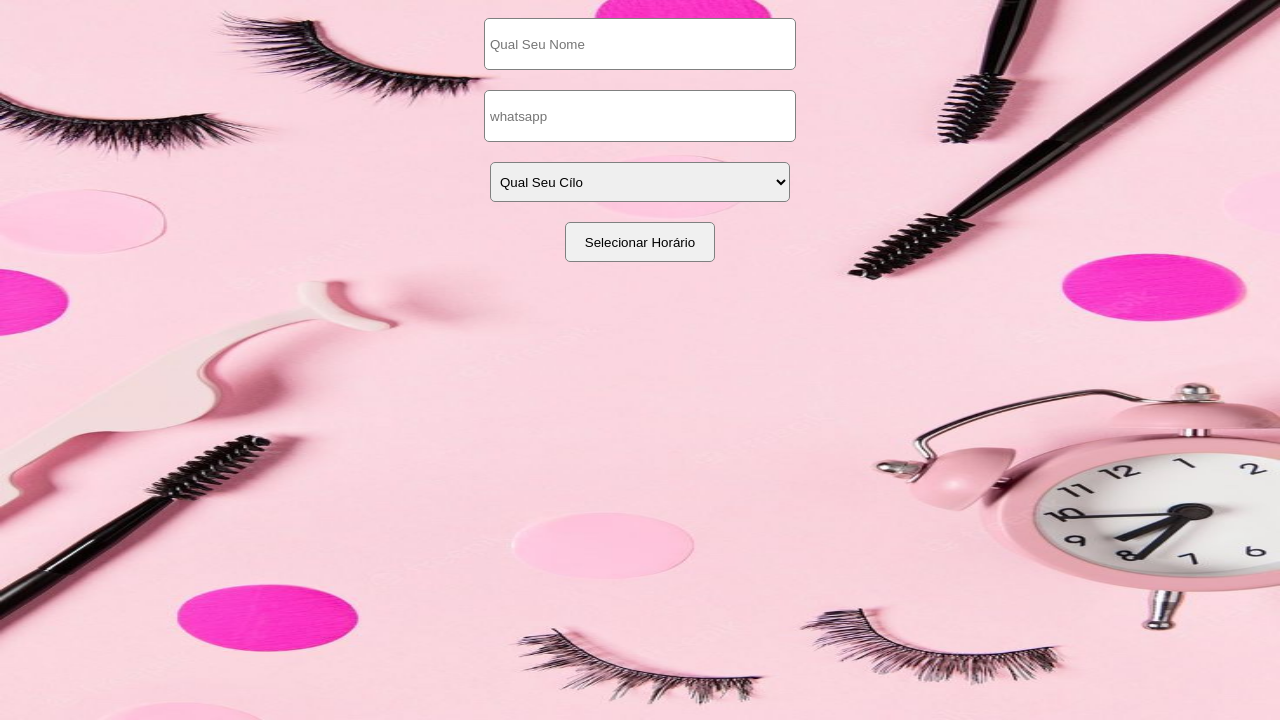
Repository: ketlyn-lash-designer/Ketlyn_Lash_Designer
Page: src/Pages/Home.html
An editor plug-in stored every save of this project. The page is shown before and after the next save, followed by the edit.
The browser window is 1280 px wide. The pictures show the whole page.
The pointer rests on the first visible `button`.

Above is the page before, as saved 2024-03-27 22:13:20.

### src/Pages/Home.html
<!DOCTYPE html>
<html lang="pt-BR">
  <head>
    <meta charset="UTF-8" />
    <meta name="viewport" content="width=device-width, initial-scale=1.0" />
    <link rel="stylesheet" href="../Styles/Home.css" />

    <title>ketlyn_lash_designer.com</title>
  </head>
  <body>
    <div class="form">
      <input placeholder="Qual Seu Nome" type="text" name="nome" />
      <input placeholder="whatsapp" type="text" name="whatsapp" />
      <select name="tipo_cilio">
        <option value="cilios_posticos">Qual Seu Cílo</option>
        <option value="curvex">Curvex</option>
      </select>
      <button>Selecionar Horário</button>
    </div>
  </body>
</html>

### src/Styles/Home.css
body {
  background-image: url("../images/lash_2.jpeg");
  background-size: 100% 100%;
  background-position: center;
  background-attachment: fixed;
  background-repeat: no-repeat;
}

.form {
  display: flex;
  flex-direction: column;
  justify-content: center;
  align-items: center;
}

input,
select {
  width: 300px;
  height: 40px;
  margin: 10px;
  padding: 5px;
  border: 1px solid grey;
  border-radius: 5px;
}

button {
  width: 150px;
  height: 40px;
  margin: 10px;
  padding: 5px;
  background-color: transparent;
  border: 1px solid grey;
  border-radius: 5px;
}

button:hover {
  background-color: #f0f0f0;
}

After the next save:
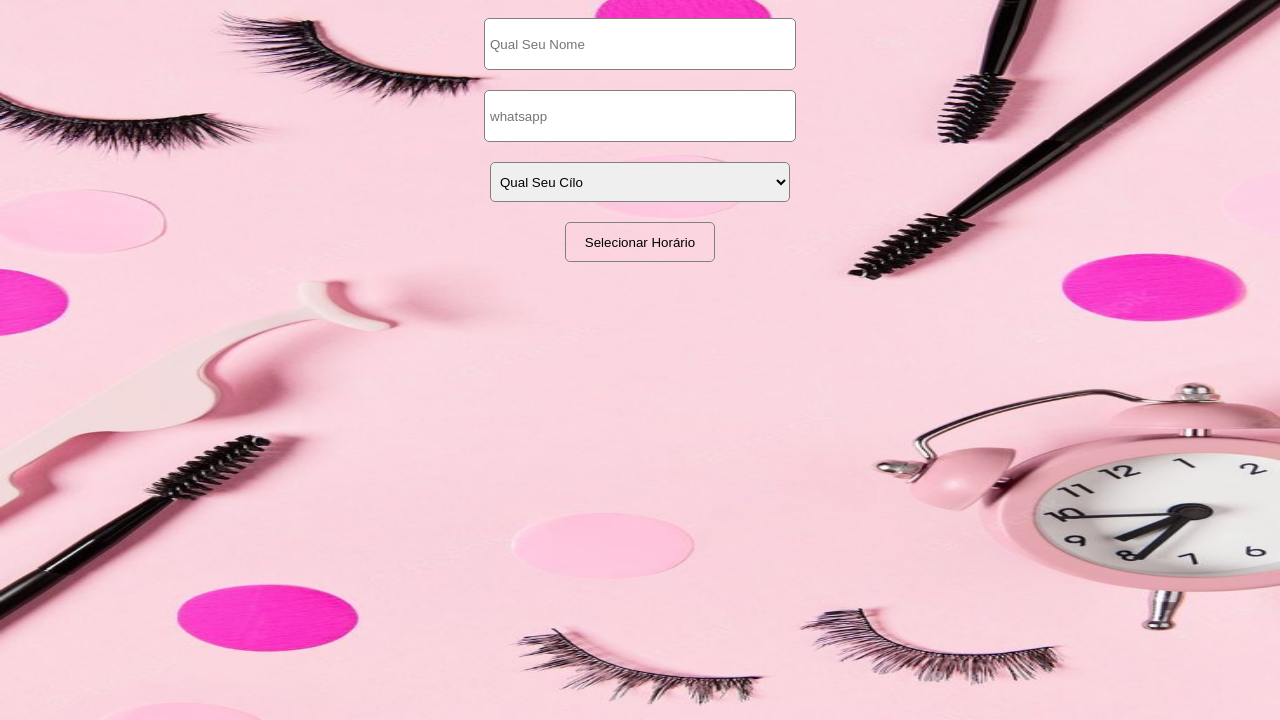
Saved 36 s later.
--- a/src/Styles/Home.css
+++ b/src/Styles/Home.css
@@ -34,5 +34,5 @@
 }
 
 button:hover {
-  background-color: #f0f0f0;
+  background-color: #f0f0f000;
 }

After the 3 saves that followed:
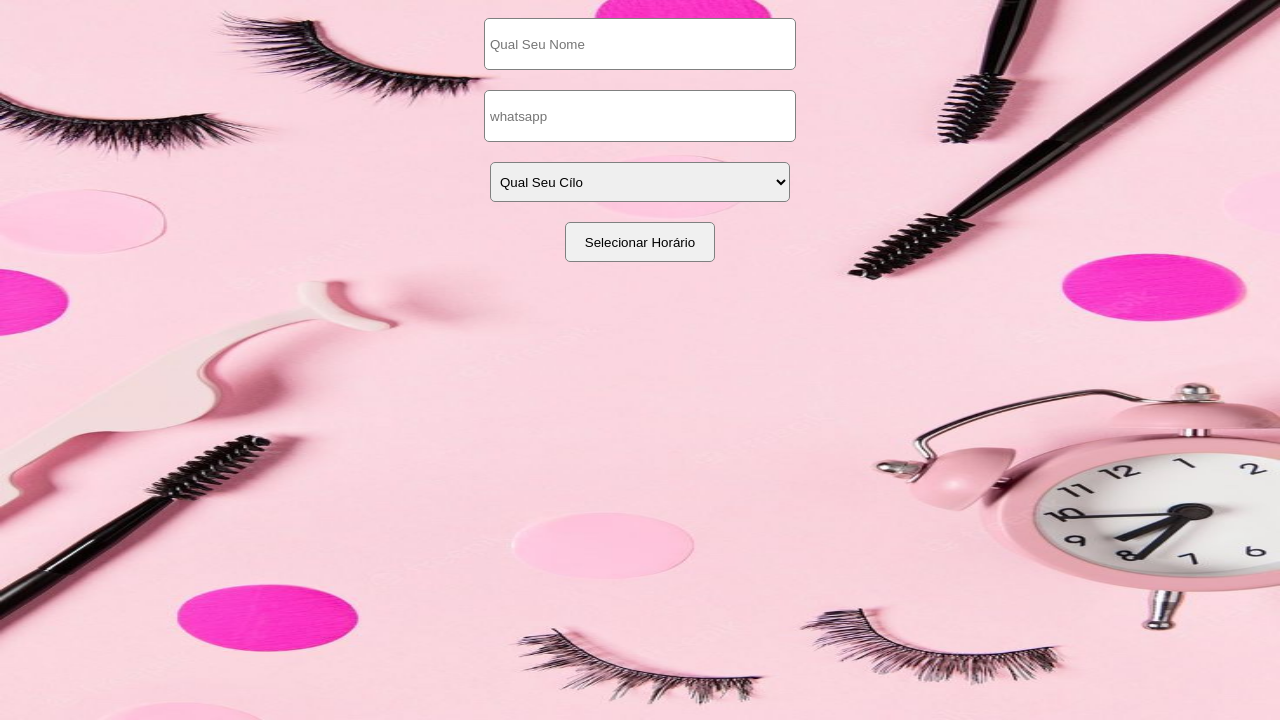
The 3 saves are shown as one change because they came seconds apart.
The last was saved 17 s later.
--- a/src/Styles/Home.css
+++ b/src/Styles/Home.css
@@ -34,5 +34,5 @@
 }
 
 button:hover {
-  background-color: #f0f0f000;
+  background-color: #f0f0f0;
 }
